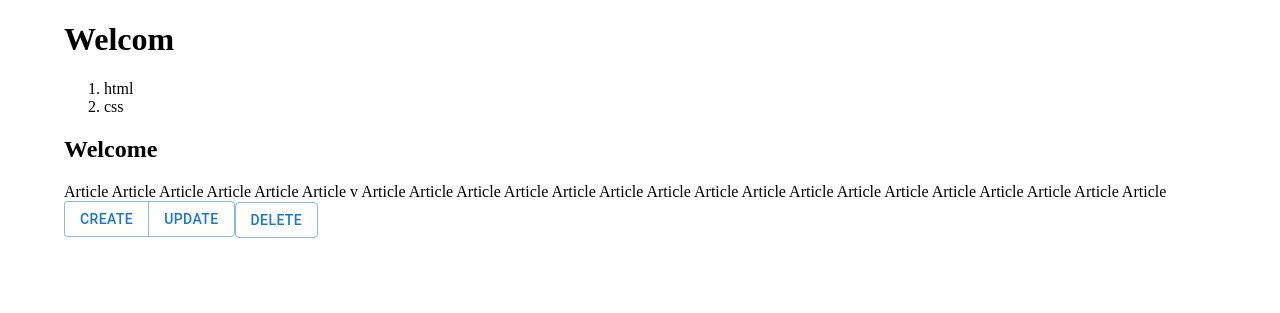
Repository: chlwpdnswku/nextjsportpolioclone
Page: /
These files come from the project's save history. The page is drawn as it stood at one moment and after the next save; the edit follows.
The browser window is 1280 px wide. The pictures show the whole page.
The project was rebuilt for these pictures with package versions that can differ from the ones it lists, and the page was loaded fresh each time. The framework's server and built-in components were replaced by stand-ins that run in the browser. Also part of the build but not shown: next.config.js.

Above is the page before, as saved 2022-08-05 16:05:11.

After the next save:
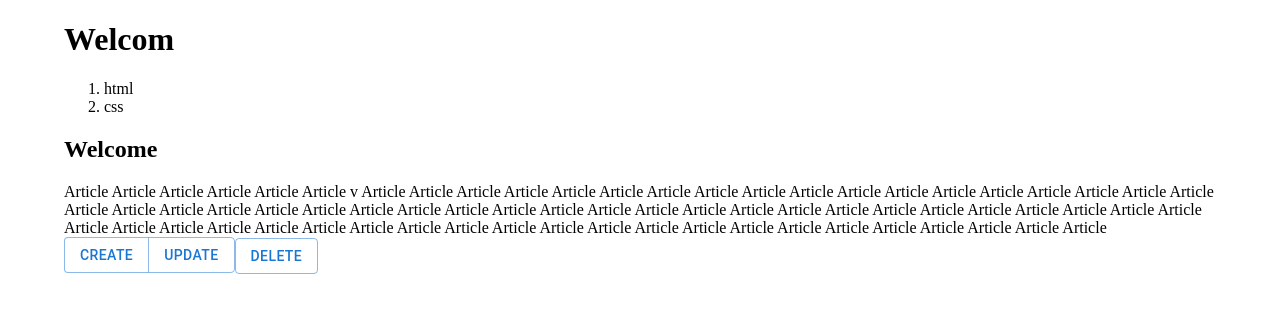
Saved 50 s later.
--- a/pages/index.tsx
+++ b/pages/index.tsx
@@ -40,7 +40,12 @@ function Article() {
       <h2>Welcome</h2>
       Article Article Article Article Article Article v Article Article Article
       Article Article Article Article Article Article Article Article Article
-      Article Article Article Article Article
+      Article Article Article Article Article Article Article Article Article
+      Article Article Article Article Article Article Article Article Article
+      Article Article Article Article Article Article Article Article Article
+      Article Article Article Article Article Article Article Article Article
+      Article Article Article Article Article Article Article Article Article
+      Article Article Article Article Article Article Article
       <ButtonGroup>
         {' '}
         <Button variant='outlined'>Create</Button>
